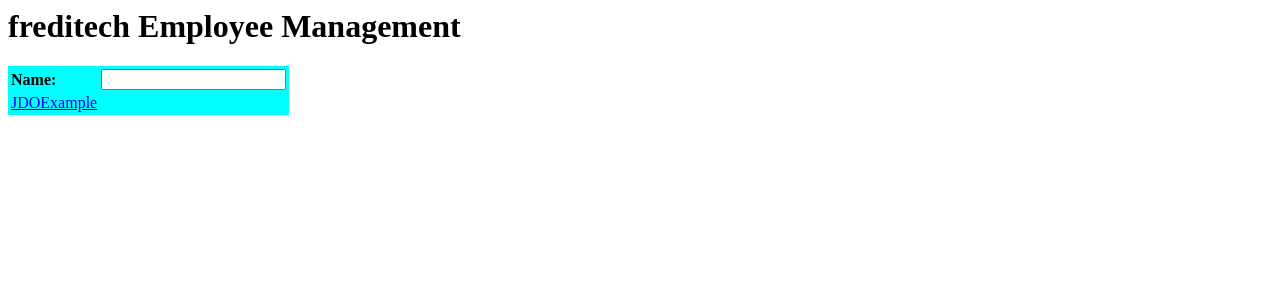
Repository: freditech/gaecode
Page: JDOExample/war/index.html
The author's editor kept a copy of each file at every save. The page is drawn from the files as they stood at one save, then again after the next save.
The browser window is 1280 px wide. The pictures show the whole page.

Above is the page before, as saved 2013-08-15 16:31:24.

### JDOExample/war/index.html
<!DOCTYPE HTML PUBLIC "-//W3C//DTD HTML 4.01 Transitional//EN">
<!-- The HTML 4.01 Transitional DOCTYPE declaration-->
<!-- above set at the top of the file will set     -->
<!-- the browser's rendering engine into           -->
<!-- "Quirks Mode". Replacing this declaration     -->
<!-- with a "Standards Mode" doctype is supported, -->
<!-- but may lead to some differences in layout.   -->

<html>
  <head>
    <meta http-equiv="content-type" content="text/html; charset=UTF-8">
    <title>freditech Employee Management</title>
  </head>

  <body>
    <h1>freditech Employee Management</h1>
	<form action="/manageEmployee"></form>
    <table style="background-color: aqua;border-color: white;">
      <tr>
        <td style="font-weight:bold;">Name:</td>
		<td> <input type="text" name="empName"/> </td>
      </tr>
      <tr>
        <td><a href="jdoexample">JDOExample</a></td>
      </tr>
    </table>
  </body>
</html>

After the next save:
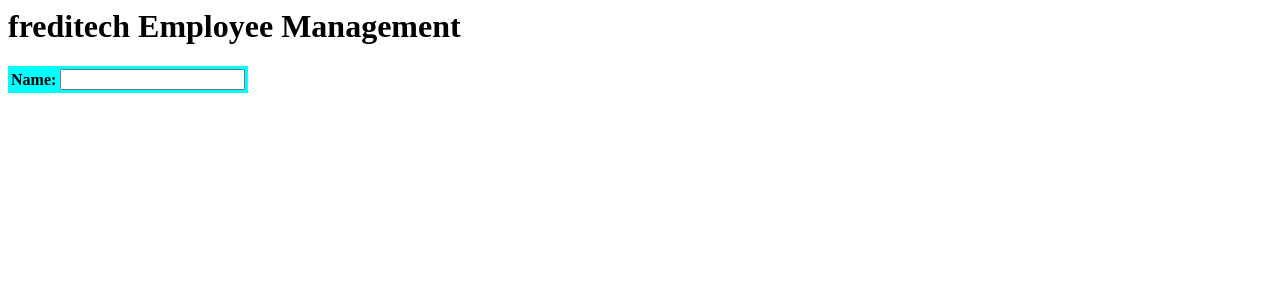
Saved 9 s later.
--- a/JDOExample/war/index.html
+++ b/JDOExample/war/index.html
@@ -20,9 +20,6 @@
         <td style="font-weight:bold;">Name:</td>
 		<td> <input type="text" name="empName"/> </td>
       </tr>
-      <tr>
-        <td><a href="jdoexample">JDOExample</a></td>
-      </tr>
     </table>
   </body>
 </html>
